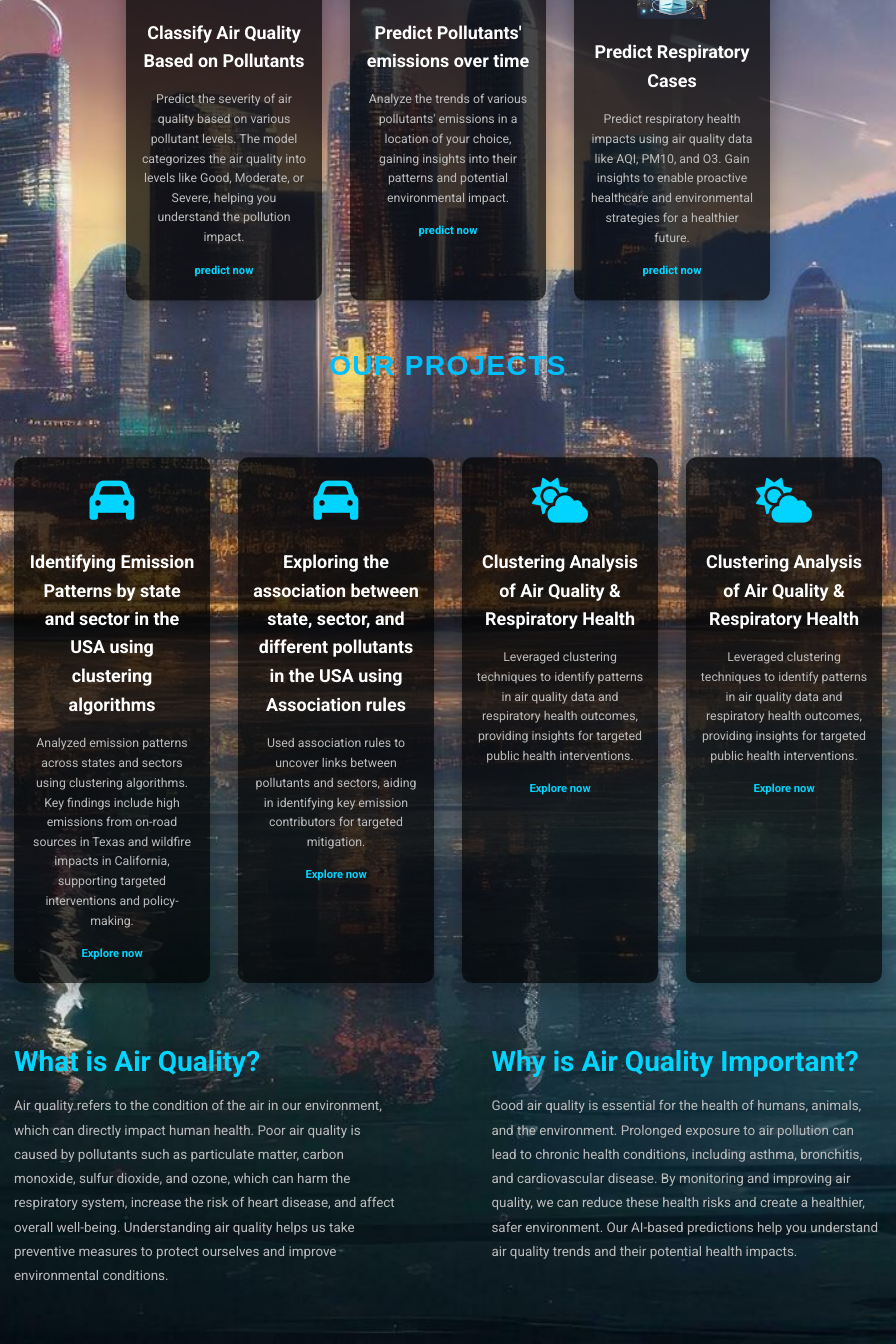
Repository: aminemnif/air-quality
Page: home/templates/home/index.html
An editor plug-in stored every save of this project. The page is shown before and after the next save, followed by the edit.
The browser window is 1280 px wide. The pictures show the part of the page from y = 1566 to 3486 px (the page is 3486 px tall), at 70% of full size.
The template is drawn by Django 5.2. The application's start-up code is not run. Other server files are loaded and not shown. The template is opened directly, without the code that normally fills it, so the values that code supplies are empty.

Above is the page before, as saved 2025-01-11 21:32:36.

### home/templates/home/index.html
{% load static %}

<!DOCTYPE html>
<html lang="en">
<head>
    <meta charset="UTF-8">
    <meta name="viewport" content="width=device-width, initial-scale=1.0">
    <title>AI Air Quality Prediction Hub</title>

    <!-- Fonts and Icons -->
    <link href="https://fonts.googleapis.com/css2?family=Roboto:wght@400;700&display=swap" rel="stylesheet">
    <link rel="stylesheet" href="https://cdnjs.cloudflare.com/ajax/libs/font-awesome/6.0.0-beta3/css/all.min.css">

    <!-- External CSS Libraries for Animations and Styling -->
    <link rel="stylesheet" href="https://cdnjs.cloudflare.com/ajax/libs/animate.css/4.1.1/animate.min.css">

    <style>
        /* General Reset */
        * {
            margin: 0;
            padding: 0;
            box-sizing: border-box;
        }

        body {
            font-family: 'Roboto', sans-serif;
            color: #333;
            line-height: 1.6;
            min-height: 100vh;
            display: flex;
            flex-direction: column;
            background: url("{% static 'futuristic-cityscapes-with-neon-lights-and-cyberpunk-vibes-free-photo.jpg' %}") no-repeat center center;
            background-size: cover; /* Ensure the image covers the entire background */
            background-position: center center; /* Centers the image */
        }

        /* Navigation Bar */
        nav {
            position: sticky;
            top: 0;
            background: rgba(0, 0, 0, 0.6);
            display: flex;
            justify-content: space-between;
            align-items: center;
            padding: 15px 30px;
            z-index: 1000;
            box-shadow: 0 4px 8px rgba(0, 0, 0, 0.1);
        }

        nav .logo {
            font-size: 2em;
            font-weight: bold;
            color: #00d4ff;
            text-shadow: 0 0 10px rgba(0, 212, 255, 0.7);
        }

        nav ul {
            list-style: none;
            display: flex;
        }

        nav ul li {
            margin: 0 20px;
        }

        nav ul li a {
            text-decoration: none;
            color: #00d4ff;
            font-size: 1.2em;
            font-weight: 600;
            letter-spacing: 1px;
            transition: color 0.3s ease;
        }

        nav ul li a:hover {
            color: #00a0cc;
        }

        /* Hero Section */
        .hero {
            text-align: center;
            padding: 120px 20px;
            background: rgba(0, 0, 0, 0.7);
            border-radius: 20px;
            margin: 40px 0;
            box-shadow: 0 10px 30px rgba(0, 0, 0, 0.3);
            max-width: 900px;
            margin-left: auto;
            margin-right: auto;
            animation: fadeInUp 1.5s ease-out;
        }

        .hero h1 {
            font-size: 4.5em;
            color: #00d4ff;
            text-shadow: 0 0 15px rgba(0, 212, 255, 0.7);
            margin-bottom: 20px;
        }

        .hero p {
            font-size: 1.4em;
            margin: 20px 0;
            color: #bbb;
            line-height: 1.6;
        }

        .hero .cta-button {
            display: inline-block;
            padding: 18px 35px;
            font-size: 1.4em;
            color: #fff;
            background: #00d4ff;
            border: none;
            border-radius: 50px;
            text-transform: uppercase;
            cursor: pointer;
            text-decoration: none;
            box-shadow: 0 8px 15px rgba(0, 212, 255, 0.5);
            transition: all 0.3s ease-in-out;
        }

        .hero .cta-button:hover {
            background: #0097b8;
            box-shadow: 0 10px 25px rgba(0, 151, 184, 0.4);
        }

        /* Section Links */
        .sections {
            display: flex;
            justify-content: center;
            margin-top: 60px;
            flex-wrap: wrap;
        }

        .section-card {
            background: rgba(0, 0, 0, 0.7);
            border-radius: 15px;
            margin: 20px;
            padding: 30px 20px;
            width: 280px;
            text-align: center;
            transition: transform 0.3s ease, box-shadow 0.3s ease, margin-top 0.3s ease;
            box-shadow: 0 10px 30px rgba(0, 0, 0, 0.3);
            cursor: pointer;
        }

        .section-card:hover {
            transform: translateY(-15px);
            box-shadow: 0 15px 35px rgba(0, 0, 0, 0.4);
            margin-top: -10px;
        }

        .section-card i {
            font-size: 4em;
            color: #00d4ff;
            margin-bottom: 15px;
        }

        .section-card h3 {
            margin: 20px 0;
            font-size: 1.6em;
            color: #fff;
        }

        .section-card p {
            color: #bbb;
            font-size: 1.1em;
            margin-bottom: 20px;
        }

        .section-card a {
            text-decoration: none;
            color: #00d4ff;
            font-weight: bold;
            transition: color 0.3s ease;
        }

        .section-card a:hover {
            color: #0097b8;
        }

        /* Two-Column Information Section */
        .info-section {
            display: flex;
            justify-content: space-between;
            margin: 60px 20px;
            flex-wrap: wrap;
        }

        .info-column {
            width: 45%;
            margin-bottom: 20px;
        }

        .info-column h2 {
            color: #00d4ff;
            font-size: 2.5em;
            margin-bottom: 15px;
        }

        .info-column p {
            font-size: 1.2em;
            line-height: 1.8;
            color: #bbb;
        }

        /* Animation Keyframes */
        @keyframes fadeInUp {
            from {
                opacity: 0;
                transform: translateY(30px);
            }
            to {
                opacity: 1;
                transform: translateY(0);
            }
        }
    </style>
</head>
<body>
    <nav>
        <div class="logo">AI Quality Hub</div>
        <ul>
            <li><a href="/">Home</a></li>
            <li><a href="{% url 'predict_co2' %}">CO2 Emission</a></li>
            <li><a href="/disease-prediction">Health Impact</a></li>
            <li><a href="{% url 'predict_RS' %}">Respiratory Cases</a></li>
            <li><a href="/car-model-prediction">Car Models</a></li>
            <li><a href="/suggest-prediction">Suggest</a></li>
        </ul>
    </nav>

    <div class="hero animate__animated animate__fadeInUp">
        <h1>Welcome to the AI Air Quality Prediction Hub</h1>
        <p>Leverage advanced AI models to predict and understand air quality and its impact on your health.</p>
    </div>

    <div style="text-align: center; margin-top: 40px; margin-bottom: 20px;">
        <h2 style="font-family: Arial, sans-serif; font-size: 2.5em; font-weight: bold; color: #00bfff; text-transform: uppercase; letter-spacing: 2px;">
            Our Models
        </h2>
    </div>

    <div class="sections">
        <div class="section-card animate__animated animate__fadeInLeft">
            <i class="fas fa-cloud"></i>
            <h3>CO2 Emission Prediction</h3>
            <p>Predict the amount of CO2 emissions based on vehicle specifications and other contributing factors.</p>
            <a href="{% url 'predict_co2' %}">Predict Now</a>
        </div>
        <div class="section-card animate__animated animate__fadeInUp">
            <i class="fas fa-stethoscope"></i>
            <h3>Health Impact Analysis</h3>
            <p>Analyze the potential health impacts of poor air quality and discover preventive measures.</p>
            <a href="/disease-prediction">predict now</a>
        </div>
        <div class="section-card animate__animated animate__fadeInRight">
            <i class="fas fa-car"></i>
            <h3>Predict pollutants' concentration</h3>
            <p>Empowering Environmental Decisions with Accurate Forecasts for Cleaner, Healthier Communities</p>
            <a href="{% url 'regression_concentration' %}">predict now</a>
        </div>
        <div class="section-card animate__animated animate__fadeInRight">
            <i class="fas fa-car"></i>
            <h3>Predict Air Quality Index (AQI)</h3>
            <p>Predict the Air Quality Index (AQI) for a city based on pollutant levels. Gain insights into the current air quality and its potential impact on health and the environment.</p>
            <a href="{% url 'predict_test_form' %}">predict now</a>
        </div>

        <div class="section-card animate__animated animate__fadeInRight">
            <i class="fas fa-car"></i>
            <h3>Classify Air Quality Based on Pollutants</h3>
            <p>Predict the severity of air quality based on various pollutant levels. The model categorizes the air quality into levels like Good, Moderate, or Severe, helping you understand the pollution impact.</p>
            <a href="{% url 'classify_aqi_bucket' %}">predict now</a>
        </div>


        <div class="section-card animate__animated animate__fadeInRight">
            <i class="fas fa-car"></i>
            <h3>Predict Pollutants' emissions over time</h3>
            <p>Analyze the trends of various pollutants' emissions in a location of your choice, gaining insights into their patterns and potential environmental impact.</p>
            <a href="{% url 'prediction_form' %}">predict now</a>
        </div>

        <div class="section-card animate__animated animate__fadeInRight">
            <img src="{% static 'RS.webp' %}" alt="" style="width: 100px; height: auto;">


            <h3>Predict Respiratory Cases</h3>
            <p>
                Predict respiratory health impacts using air quality data like AQI, PM10, and O3.
                Gain insights to enable proactive healthcare and environmental strategies for a healthier future.
            </p>
            <a href="{% url 'predict_RS' %}">predict now</a>
        </div>
    </div>

    <div style="text-align: center; margin-top: 40px; margin-bottom: 20px;">
        <h2 style="font-family: Arial, sans-serif; font-size: 2.5em; font-weight: bold; color: #00bfff; text-transform: uppercase; letter-spacing: 2px;">
            Our Projects
        </h2>
    </div>

    <div class="sections">
        <div class="section-card animate__animated animate__fadeInRight">
            <i class="fas fa-car"></i>
            <h3>Identifying Emission Patterns by state and sector in the USA using clustering algorithms</h3>
            <p>Analyzed emission patterns across states and sectors using clustering algorithms. Key findings include high emissions from on-road sources in Texas and wildfire impacts in California, supporting targeted interventions and policy-making.</p>
            <a href="{% url 'clustering_detail' %}">Explore now</a>

        </div>

        <div class="section-card animate__animated animate__fadeInRight">
            <i class="fas fa-car"></i>
            <h3>Exploring the association between state, sector, and different pollutants in the USA using Association rules </h3>
            <p>Used association rules to uncover links between pollutants and sectors, aiding in identifying key emission contributors for targeted mitigation.</p>
            <a href="{% url 'association_detail' %}">Explore now</a>
        </div>


        <div class="section-card animate__animated animate__fadeInRight">
            <i class="fas fa-cloud-sun"></i>
            <h3>Clustering Analysis of Air Quality & Respiratory Health</h3>
            <p>Leveraged clustering techniques to identify patterns in air quality data and respiratory health outcomes, providing insights for targeted public health interventions.</p>
            <a href="{% url 'clustering_RS' %}">Explore now</a>
        </div>


        <div class="section-card animate__animated animate__fadeInRight">
            <i class="fas fa-cloud-sun"></i>
            <h3>Clustering Analysis of Air Quality & Respiratory Health</h3>
            <p>Leveraged clustering techniques to identify patterns in air quality data and respiratory health outcomes, providing insights for targeted public health interventions.</p>
            <a href="{% url 'associationRule_RS' %}">Explore now</a>
        </div>

        </div>
    </div>

    <div class="info-section">
        <div class="info-column animate__animated animate__fadeInLeft">
            <h2>What is Air Quality?</h2>
            <p>Air quality refers to the condition of the air in our environment, which can directly impact human health. Poor air quality is caused by pollutants such as particulate matter, carbon monoxide, sulfur dioxide, and ozone, which can harm the respiratory system, increase the risk of heart disease, and affect overall well-being. Understanding air quality helps us take preventive measures to protect ourselves and improve environmental conditions.</p>
        </div>
        <div class="info-column animate__animated animate__fadeInRight">
            <h2>Why is Air Quality Important?</h2>
            <p>Good air quality is essential for the health of humans, animals, and the environment. Prolonged exposure to air pollution can lead to chronic health conditions, including asthma, bronchitis, and cardiovascular disease. By monitoring and improving air quality, we can reduce these health risks and create a healthier, safer environment. Our AI-based predictions help you understand air quality trends and their potential health impacts.</p>
        </div>
    </div>
</body>
</html>

After the next save:
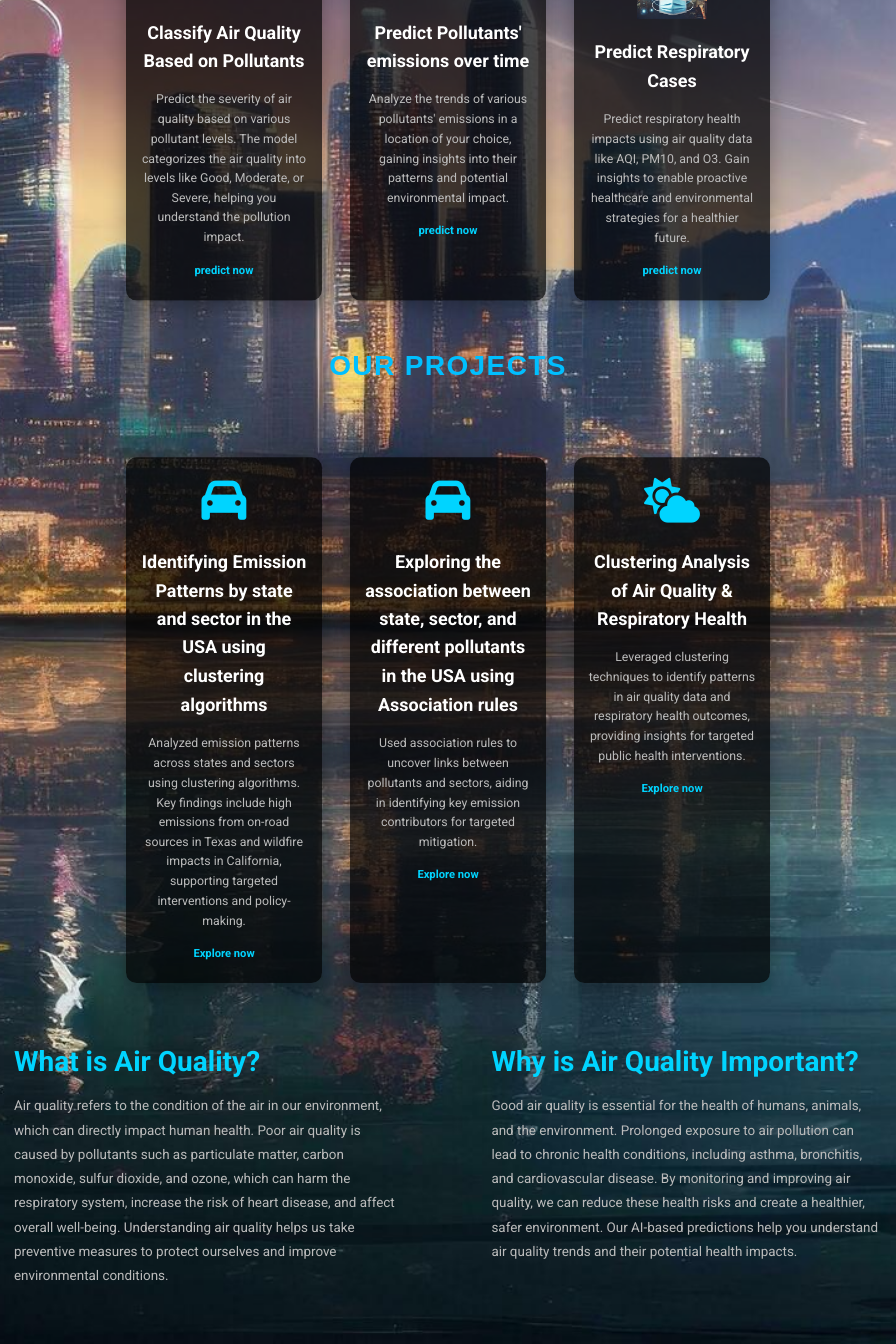
Saved 13 s later.
--- a/home/templates/home/index.html
+++ b/home/templates/home/index.html
@@ -326,13 +326,6 @@
         </div>
 
 
-        <div class="section-card animate__animated animate__fadeInRight">
-            <i class="fas fa-cloud-sun"></i>
-            <h3>Clustering Analysis of Air Quality & Respiratory Health</h3>
-            <p>Leveraged clustering techniques to identify patterns in air quality data and respiratory health outcomes, providing insights for targeted public health interventions.</p>
-            <a href="{% url 'associationRule_RS' %}">Explore now</a>
-        </div>
-
         </div>
     </div>
 
